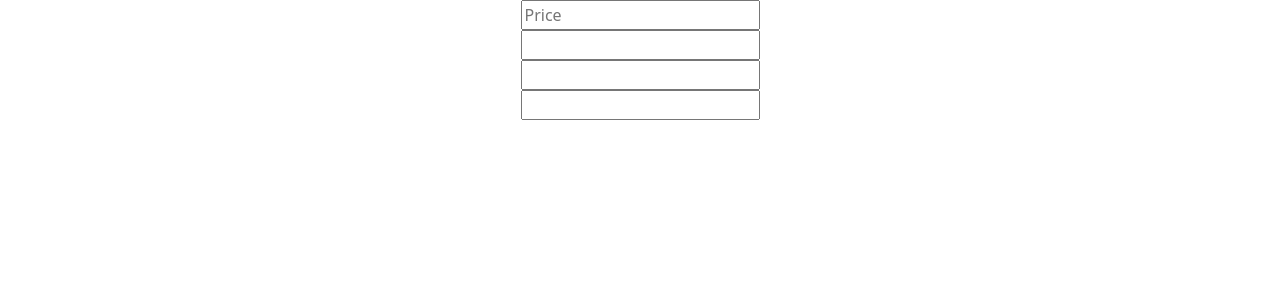
Repository: SriChakraTeja/json-crud
Page: /create-products
These files come from the project's save history. The page is drawn as it stood at one moment and after the next save; the edit follows.
The browser window is 1280 px wide. The pictures show the whole page.
The project was rebuilt for these pictures with package versions that can differ from the ones it lists, and the page was loaded fresh each time. Also part of the build but not shown: src/components/Home.js, src/components/ProductDetails.js.

Above is the page before, as saved 2023-12-23 14:21:18.

### src/index.js
import React from 'react';
import ReactDOM from 'react-dom/client';
import './index.css';
import App from './App';
import reportWebVitals from './reportWebVitals';
import { BrowserRouter as Router } from 'react-router-dom';
import '../node_modules/bootstrap/dist/css/bootstrap.min.css'

const root = ReactDOM.createRoot(document.getElementById('root'));
root.render(
  <React.StrictMode>
    <Router>
      <App />
    </Router>
  </React.StrictMode>
);

// If you want to start measuring performance in your app, pass a function
// to log results (for example: reportWebVitals(console.log))
// or send to an analytics endpoint. Learn more: https://bit.ly/CRA-vitals
reportWebVitals();

### src/App.js
import React from 'react'
import { Routes,Route } from 'react-router-dom'
import Home from './components/Home'
import ProductDetails from './components/ProductDetails'
import CreateProducts from './components/CreateProducts'

const App = () => {
  return (
    <main>
      <Routes>
        <Route path="/" element = {<Home/>}/>
        <Route path='/create-products' element={<CreateProducts/>} />
        <Route path='/products/:id' element= {<ProductDetails />} />
      </Routes>
    </main>
  )
}

export default App

### src/components/CreateProducts.js
import React from 'react'
import { useState } from 'react'

const CreateProducts = () => {
    const[products,setProducts] = useState({
        price : '',
        name : '',
        brand : '',
        category : '',
    })
    const {price,name,brand,category} = {...products}
    const handleChange = (e) => {
        setProducts({...products,[e.target.name]:e.target.value})
    }
    return (
        <section className='create-products'>
            <center>
                <form className = 'col-md-6'>
                    <input type='number' placeholder='Price' onChange = {handleChange}
                    name = 'price' value = {price}/>
                    <br />
                    <input />
                    <br />
                    <input />
                    <br />
                    <input />
                    <br />
                </form>
            </center>
        </section>
    )
}

export default CreateProducts

Loaded but not shown: public/index.html (common file); src/index.css (common file); src/reportWebVitals.js (common file)

After the next save:
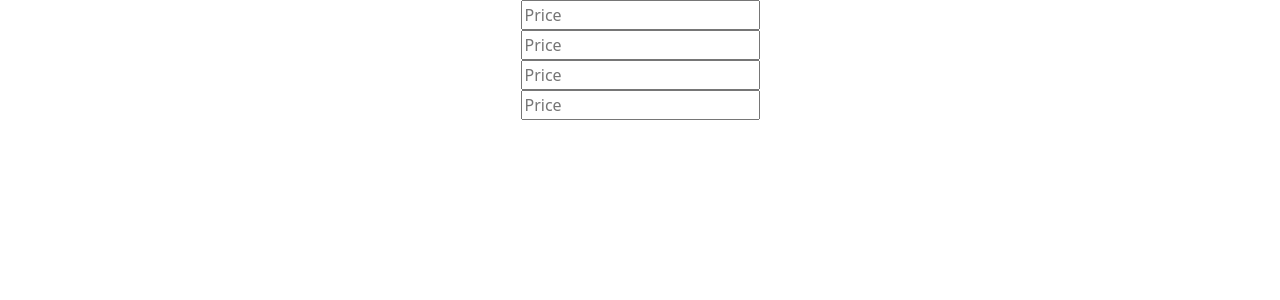
Saved 19 s later.
--- a/src/components/CreateProducts.js
+++ b/src/components/CreateProducts.js
@@ -19,11 +19,14 @@ const CreateProducts = () => {
                     <input type='number' placeholder='Price' onChange = {handleChange}
                     name = 'price' value = {price}/>
                     <br />
-                    <input />
+                    <input type='number' placeholder='Price' onChange = {handleChange}
+                    name = 'price' value = {price}/>
                     <br />
-                    <input />
+                    <input type='number' placeholder='Price' onChange = {handleChange}
+                    name = 'price' value = {price}/>
                     <br />
-                    <input />
+                    <input type='number' placeholder='Price' onChange = {handleChange}
+                    name = 'price' value = {price}/>
                     <br />
                 </form>
             </center>
